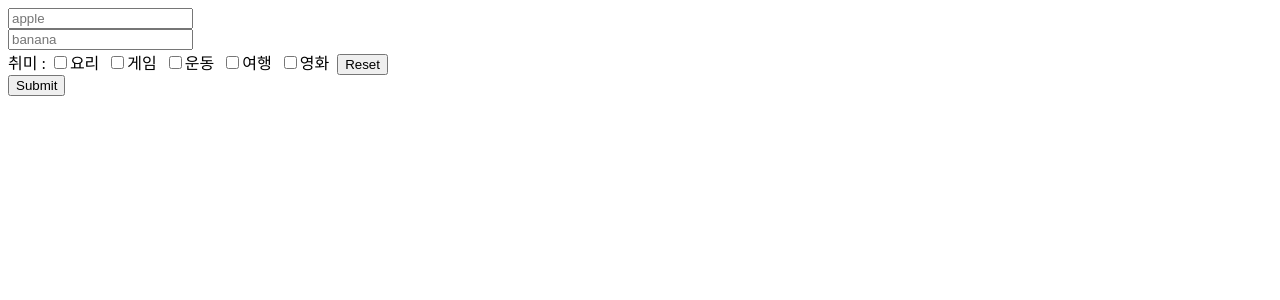
Repository: jjjjjjji-hun/jsp_practice
Page: http://localhost/JSPBasic/jspObject/1.requests/req_param_send.jsp
These files come from the project's save history. The page is drawn as it stood at one moment and after the next save; the edit follows.
The browser window is 1280 px wide. The pictures show the whole page.
The page is served by Tomcat 9.

Above is the page before, as saved 2022-02-03 06:24:13.

After the next save:
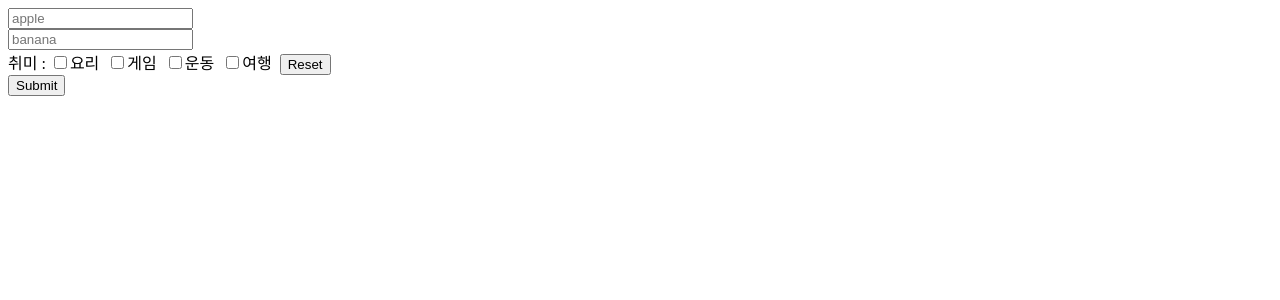
Saved 21 s later.
--- a/JSPBasic/src/main/webapp/jspObject/1.requests/req_param_send.jsp
+++ b/JSPBasic/src/main/webapp/jspObject/1.requests/req_param_send.jsp
@@ -19,11 +19,10 @@
 	<input type="password" name="banana" placeholder="banana"/><br/>
 
 	취미 :
-	<input type="checkbox" name="hobby">요리&nbsp;
-	<input type="checkbox" name="hobby">게임&nbsp;
-	<input type="checkbox" name="hobby">운동&nbsp;
-	<input type="checkbox" name="hobby">여행&nbsp;
-	<input type="checkbox" name="hobby">영화&nbsp;
+	<input type="checkbox" name="hobby"/>요리&nbsp;
+	<input type="checkbox" name="hobby"/>게임&nbsp;
+	<input type="checkbox" name="hobby"/>운동&nbsp;
+	<input type="checkbox" name="hobby"/>여행&nbsp;
 
 	<input type="reset" /><br/>
 	<input type="submit" />

After the save that followed:
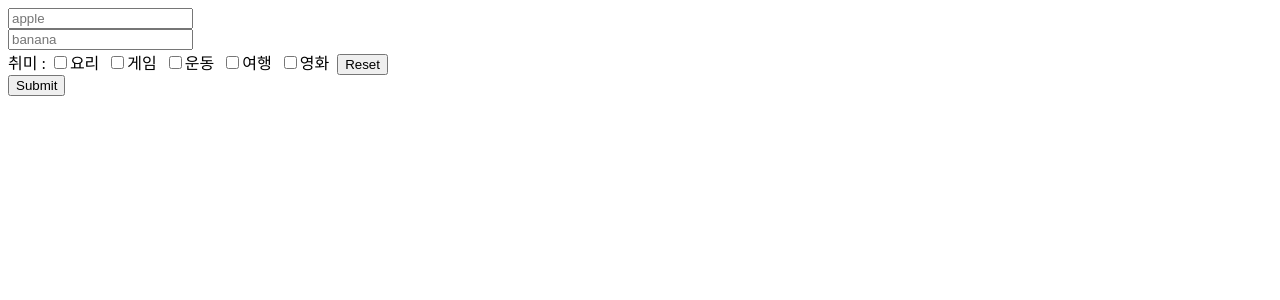
Saved 34 s later.
--- a/JSPBasic/src/main/webapp/jspObject/1.requests/req_param_send.jsp
+++ b/JSPBasic/src/main/webapp/jspObject/1.requests/req_param_send.jsp
@@ -23,6 +23,7 @@
 	<input type="checkbox" name="hobby"/>게임&nbsp;
 	<input type="checkbox" name="hobby"/>운동&nbsp;
 	<input type="checkbox" name="hobby"/>여행&nbsp;
+	<input type="checkbox" name="hobby"/>영화&nbsp;
 
 	<input type="reset" /><br/>
 	<input type="submit" />
